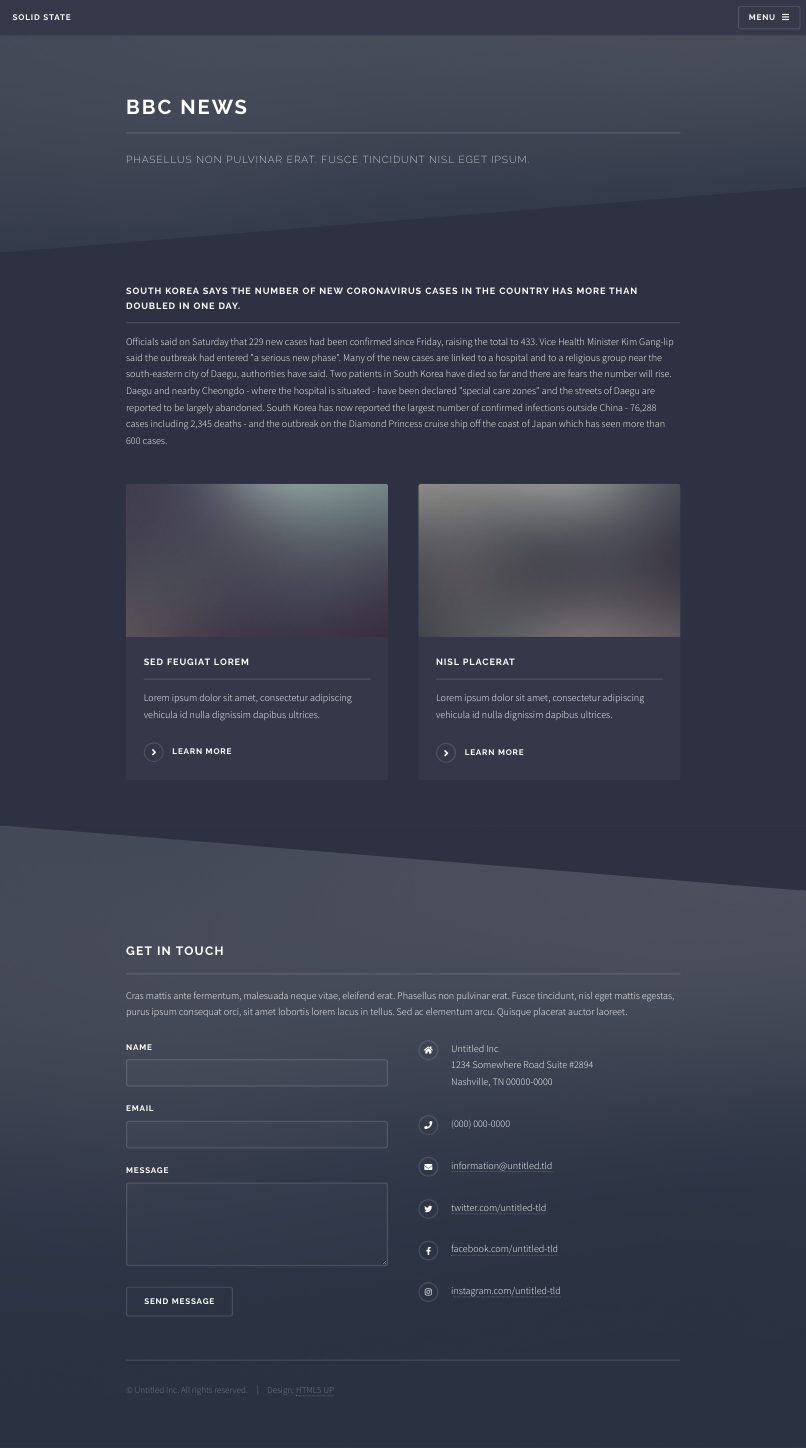
Repository: twoplus/solid_state_gr4
Page: generic.html
These files come from the project's save history. The page is drawn as it stood at one moment and after a run of saves; the edit follows.
The browser window is 1280 px wide. The pictures show the whole page, at 63% of full size.
Backgrounds fixed to the window are drawn as part of the page.

Above is the page before, as saved 2020-02-22 12:51:28.

### generic.html
<!DOCTYPE HTML>
<!--
	Solid State by HTML5 UP
	html5up.net | @ajlkn
	Free for personal and commercial use under the CCA 3.0 license (html5up.net/license)
-->
<html>
	<head>
		<title>Generic - Solid State by HTML5 UP</title>
		<meta charset="utf-8" />
		<meta name="viewport" content="width=device-width, initial-scale=1, user-scalable=no" />
		<link rel="stylesheet" href="assets/css/main.css" />
		<noscript><link rel="stylesheet" href="assets/css/noscript.css" /></noscript>
	</head>
	<body class="is-preload">

		<!-- Page Wrapper -->
			<div id="page-wrapper">

				<!-- Header -->
					<header id="header">
						<h1><a href="index.html">Solid State</a></h1>
						<nav>
							<a href="#menu">Menu</a>
						</nav>
					</header>

				<!-- Menu -->
					<nav id="menu">
						<div class="inner">
							<h2>Menu</h2>
							<ul class="links">
								<li><a href="index.html">Home</a></li>
								<li><a href="generic.html">Generic</a></li>
								<li><a href="elements.html">Elements</a></li>
								<li><a href="#">Log In</a></li>
								<li><a href="#">Sign Up</a></li>
							</ul>
							<a href="#" class="close">Close</a>
						</div>
					</nav>

				<!-- Wrapper -->
					<section id="wrapper">
						<header>
							<div class="inner">
								<h2>BBC news</h2>
								<p>Phasellus non pulvinar erat. Fusce tincidunt nisl eget ipsum.</p>
							</div>
						</header>

						<!-- Content -->
							<div class="wrapper">
								<div class="inner">

									<h3 class="major">South Korea says the number of new coronavirus cases in the country has more than doubled in one day.
									</h3>
									<p>

Officials said on Saturday that 229 new cases had been confirmed since Friday, raising the total to 433.

Vice Health Minister Kim Gang-lip said the outbreak had entered "a serious new phase".

Many of the new cases are linked to a hospital and to a religious group near the south-eastern city of Daegu, authorities have said.

Two patients in South Korea have died so far and there are fears the number will rise.

Daegu and nearby Cheongdo - where the hospital is situated - have been declared "special care zones" and the streets of Daegu are reported to be largely abandoned.

South Korea has now reported the largest number of confirmed infections outside China - 76,288 cases including 2,345 deaths - and the outbreak on the Diamond Princess cruise ship off the coast of Japan which has seen more than 600 cases.
									</p>

									<section class="features">
										<article>
											<a href="#" class="image"><img src="images/pic04.jpg" alt="" /></a>
											<h3 class="major">Sed feugiat lorem</h3>
											<p>Lorem ipsum dolor sit amet, consectetur adipiscing vehicula id nulla dignissim dapibus ultrices.</p>
											<a href="#" class="special">Learn more</a>
										</article>
										<article>
											<a href="#" class="image"><img src="images/pic05.jpg" alt="" /></a>
											<h3 class="major">Nisl placerat</h3>
											<p>Lorem ipsum dolor sit amet, consectetur adipiscing vehicula id nulla dignissim dapibus ultrices.</p>
											<a href="#" class="special">Learn more</a>
										</article>
									</section>

								</div>
							</div>

					</section>

				<!-- Footer -->
					<section id="footer">
						<div class="inner">
							<h2 class="major">Get in touch</h2>
							<p>Cras mattis ante fermentum, malesuada neque vitae, eleifend erat. Phasellus non pulvinar erat. Fusce tincidunt, nisl eget mattis egestas, purus ipsum consequat orci, sit amet lobortis lorem lacus in tellus. Sed ac elementum arcu. Quisque placerat auctor laoreet.</p>
							<form method="post" action="#">
								<div class="fields">
									<div class="field">
										<label for="name">Name</label>
										<input type="text" name="name" id="name" />
									</div>
									<div class="field">
										<label for="email">Email</label>
										<input type="email" name="email" id="email" />
									</div>
									<div class="field">
										<label for="message">Message</label>
										<textarea name="message" id="message" rows="4"></textarea>
									</div>
								</div>
								<ul class="actions">
									<li><input type="submit" value="Send Message" /></li>
								</ul>
							</form>
							<ul class="contact">
								<li class="icon solid fa-home">
									Untitled Inc<br />
									1234 Somewhere Road Suite #2894<br />
									Nashville, TN 00000-0000
								</li>
								<li class="icon solid fa-phone">(000) 000-0000</li>
								<li class="icon solid fa-envelope"><a href="#">information@untitled.tld</a></li>
								<li class="icon brands fa-twitter"><a href="#">twitter.com/untitled-tld</a></li>
								<li class="icon brands fa-facebook-f"><a href="#">facebook.com/untitled-tld</a></li>
								<li class="icon brands fa-instagram"><a href="#">instagram.com/untitled-tld</a></li>
							</ul>
							<ul class="copyright">
								<li>&copy; Untitled Inc. All rights reserved.</li><li>Design: <a href="http://html5up.net">HTML5 UP</a></li>
							</ul>
						</div>
					</section>

			</div>

		<!-- Scripts -->
			<script src="assets/js/jquery.min.js"></script>
			<script src="assets/js/jquery.scrollex.min.js"></script>
			<script src="assets/js/browser.min.js"></script>
			<script src="assets/js/breakpoints.min.js"></script>
			<script src="assets/js/util.js"></script>
			<script src="assets/js/main.js"></script>

	</body>
</html>

Loaded but not shown: assets/js/jquery.min.js (library); assets/js/jquery.scrollex.min.js (common file); assets/css/fontawesome-all.min.css (library); assets/js/browser.min.js (common file); assets/js/breakpoints.min.js (common file); assets/js/util.js (587 lines, source omitted); assets/js/main.js (145 lines, source omitted); assets/css/main.css (4156 lines, source omitted)

After the next 4 saves:
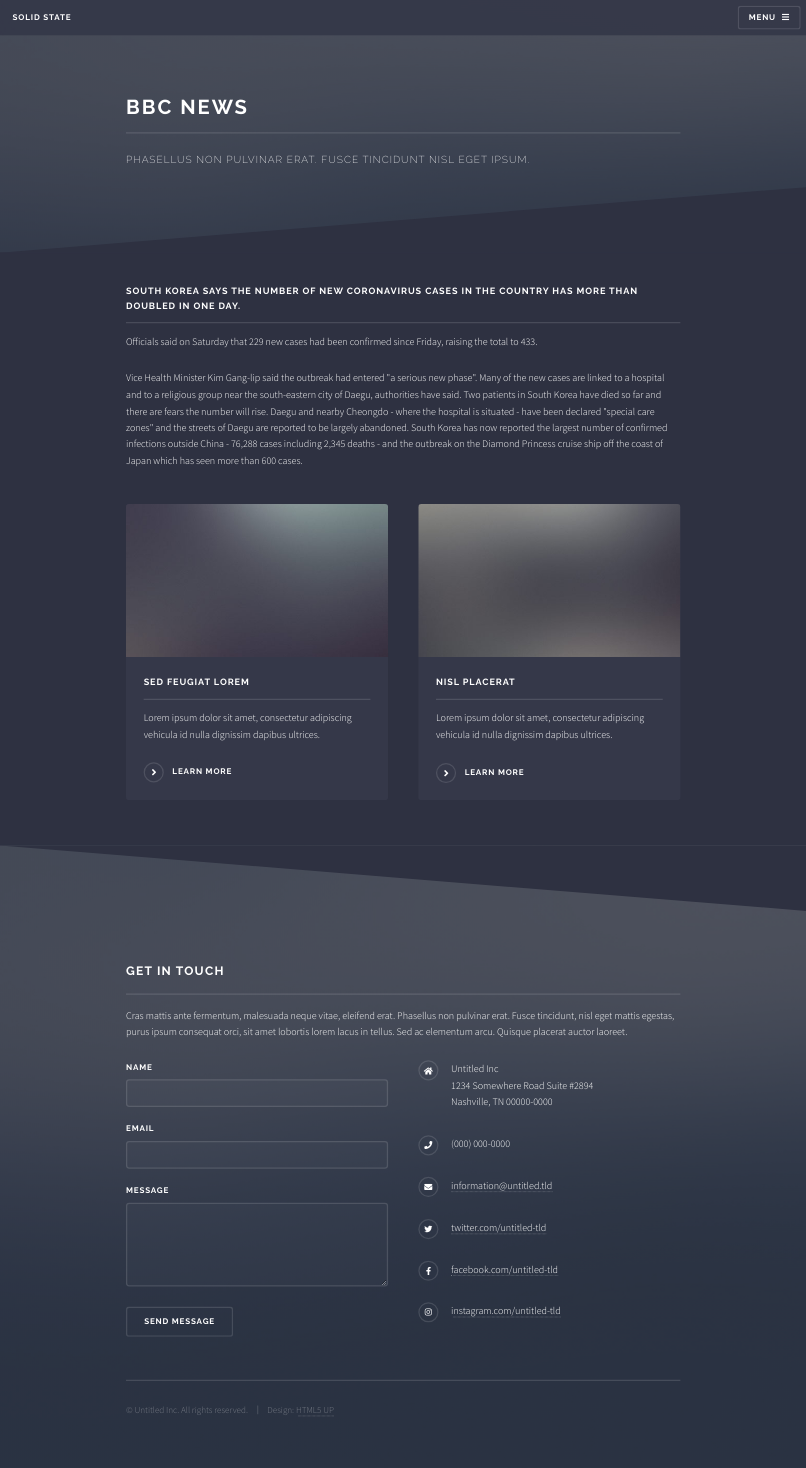
The 4 saves are shown as one change because they came seconds apart.
The last was saved 21 s later.
--- a/generic.html
+++ b/generic.html
@@ -58,7 +58,7 @@
 									<p>
 
 Officials said on Saturday that 229 new cases had been confirmed since Friday, raising the total to 433.
-
+									</p><p>
 Vice Health Minister Kim Gang-lip said the outbreak had entered "a serious new phase".
 
 Many of the new cases are linked to a hospital and to a religious group near the south-eastern city of Daegu, authorities have said.
